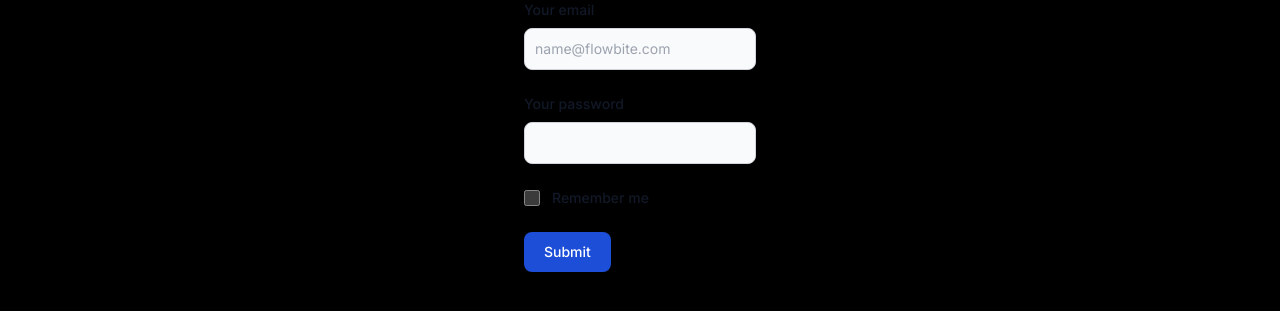
Repository: uh-sman/tasks
Page: /auth
These files come from the project's save history. The page is drawn as it stood at one moment and after the next save; the edit follows.
The browser window is 1280 px wide. The pictures show the whole page.
The project was rebuilt for these pictures with package versions that can differ from the ones it lists, and the page was loaded fresh each time. The framework's server and built-in components were replaced by stand-ins that run in the browser. Also part of the build but not shown: next.config.js.

Above is the page before, as saved 2024-01-12 08:56:43.

### app/layout.tsx
import type { Metadata } from "next";
import { Inter } from "next/font/google";
import "./globals.css";
import Head from "next/head";
import Sidebar from "../components/Sidebar";
import Home from "./(site)/page";
import ToasterProvider from "@/providers/ToasterProvider";

const inter = Inter({ subsets: ["latin"] });

export const metadata: Metadata = {
  title: "Create Next App",
  description: "Generated by create next app",
};

export default function RootLayout({
  children,
}: {
  children: React.ReactNode;
}, ) {
  return (
    <html lang="en">
      <body className={inter.className}>
        <ToasterProvider />
        {children}
      </body>
    </html>
  );
}


{/* <Home>
        {children}
        </Home> */}
        {/* <Sidebar>
          {children}
        </Sidebar> */}
        {/* {children} */}

### app/(components)/auth/layout.tsx
export default function AuthLayout({
    children,
  }: {
    children: React.ReactNode
  }) {
    return (
      <div>
        {children}
      </div>
    )
  }

### app/(components)/auth/page.tsx
import React from "react";

const AuthForm = () => {
  return (
    <div className="flex justify-center items-center h-full">
      <form>
        <div className="mb-6">
          <label
            htmlFor="email"
            className="block mb-2 text-sm font-medium text-gray-900 dark:text-gray-300"
          >
            Your email
          </label>
          <input
            type="email"
            id="email"
            className="bg-gray-50 border border-gray-300 text-gray-900 text-sm rounded-lg focus:ring-blue-500 focus:border-blue-500 block w-full p-2.5 dark:bg-gray-700 dark:border-gray-600 dark:placeholder-gray-400 dark:text-white dark:focus:ring-blue-500 dark:focus:border-blue-500"
            placeholder="name@flowbite.com"
            required
          />
        </div>
        <div className="mb-6">
          <label
            htmlFor="password"
            className="block mb-2 text-sm font-medium text-gray-900 dark:text-gray-300"
          >
            Your password
          </label>
          <input
            type="password"
            id="password"
            className="bg-gray-50 border border-gray-300 text-gray-900 text-sm rounded-lg focus:ring-blue-500 focus:border-blue-500 block w-full p-2.5 dark:bg-gray-700 dark:border-gray-600 dark:placeholder-gray-400 dark:text-white dark:focus:ring-blue-500 dark:focus:border-blue-500"
            required
          />
        </div>
        <div className="flex items-start mb-6">
          <div className="flex items-center h-5">
            <input
              id="remember"
              aria-describedby="remember"
              type="checkbox"
              className="w-4 h-4 bg-gray-50 rounded border border-gray-300 focus:ring-3 focus:ring-blue-300 dark:bg-gray-700 dark:border-gray-600 dark:focus:ring-blue-600 dark:ring-offset-gray-800"
              required
            />
          </div>
          <div className="ml-3 text-sm">
            <label
              htmlFor="remember"
              className="font-medium text-gray-900 dark:text-gray-300"
            >
              Remember me
            </label>
          </div>
        </div>
        <button
          type="submit"
          className="text-white bg-blue-700 hover:bg-blue-800 focus:ring-4 focus:ring-blue-300 font-medium rounded-lg text-sm w-full sm:w-auto px-5 py-2.5 text-center dark:bg-blue-600 dark:hover:bg-blue-700 dark:focus:ring-blue-800"
        >
          Submit
        </button>
      </form>
    </div>
  );
};

export default AuthForm;

### app/globals.css
@tailwind base;
@tailwind components;
@tailwind utilities;

html,
body,
:root{
  height: 100%;
  background-color: black;
  color-scheme: dark;
}

### providers/ToasterProvider.tsx
'use client'
import { Toaster } from "react-hot-toast"

const ToasterProvider = () => {
    return (
        <Toaster />
    )
}

export default ToasterProvider

Loaded but not shown: tailwind.config.ts (common file)

After the next save:
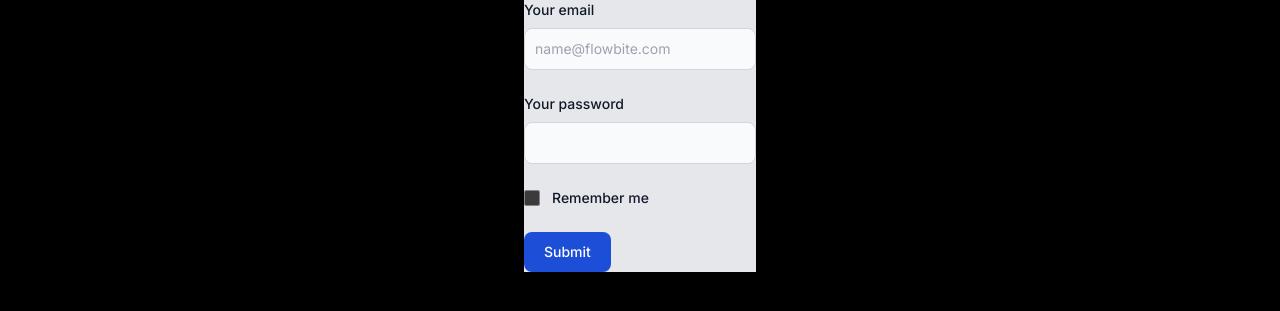
Saved 16 s later.
--- a/app/(components)/auth/page.tsx
+++ b/app/(components)/auth/page.tsx
@@ -3,7 +3,7 @@ import React from "react";
 const AuthForm = () => {
   return (
     <div className="flex justify-center items-center h-full">
-      <form>
+      <form className="bg-gray-200">
         <div className="mb-6">
           <label
             htmlFor="email"
